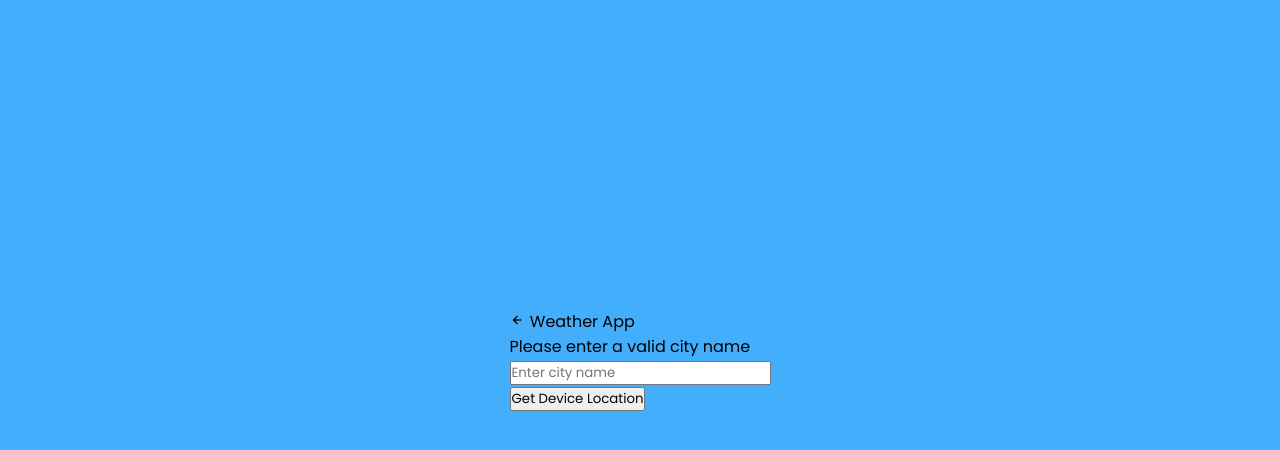
Repository: long13820/Weather-App-HTML-CSS-Javascript
Page: index.html
The author's editor kept a copy of each file at every save. The page is drawn from the files as they stood at one save, then again after a run of saves.
The browser window is 1280 px wide. The pictures show the whole page.

Above is the page before, as saved 2021-09-01 23:09:19.

### index.html
<!DOCTYPE html>
<html lang="en">
<head>
    <meta charset="UTF-8">
    <meta http-equiv="X-UA-Compatible" content="IE=edge">
    <meta name="viewport" content="width=device-width, initial-scale=1.0">
    <title>Weather App</title>
    <link rel="stylesheet" href="style.css">

    <!--Linking Boxicon For Icon-->
    <link rel="stylesheet" href='https://unpkg.com/boxicons@2.0.9/css/boxicons.min.css' >


</head>
<body>
    <div class="wrapper">
        <header>
            <i class="bx bx-left-arrow-alt"></i>
            Weather App
        </header>
        <section class="input-part">
            <p class="info-txt">Please enter a valid city name</p>
            <input type="text" placeholder="Enter city name" spellcheck="false">
            <div class="separator"></div>
            <button>Get Device Location</button>
        </section>
    </div>
</body>
</html>

### style.css
/*Import Google Font - Poppins*/
@import url('https://fonts.googleapis.com/css2?family=Poppins:wght@400;500;600;700&display=swap');
*{
    margin: 0;
    padding: 0;
    box-sizing: border-box;
    font-family: 'Poppins', sans-serif;
}
body{
    display: flex;
    align-items: center;
    justify-content: center;
    min-height: 100vh;
    background: #43AFFC;
}

After the next 5 saves:
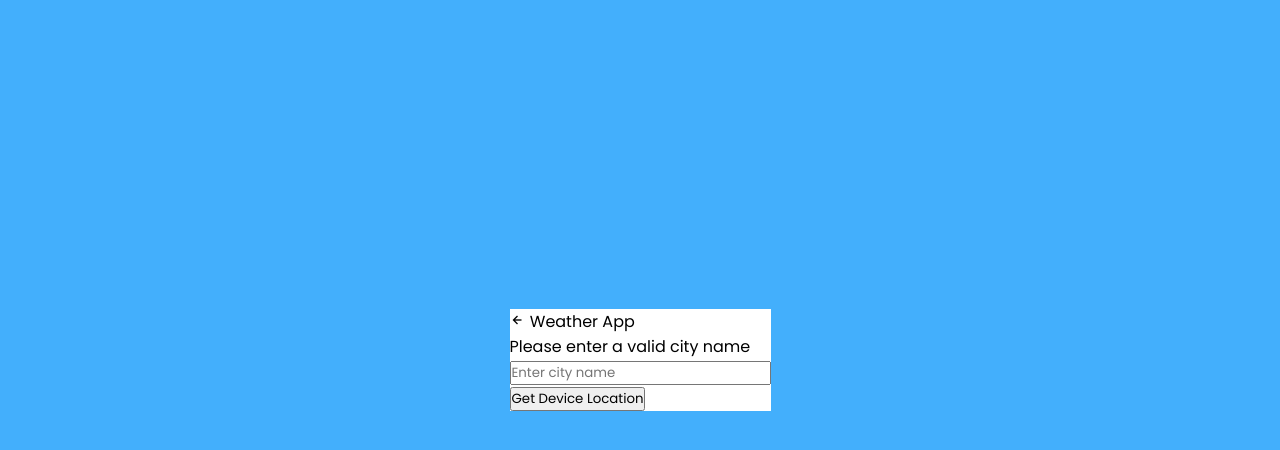
The 5 saves are shown as one change because they came seconds apart.
The last was saved 13 s later.
--- a/style.css
+++ b/style.css
@@ -13,3 +13,6 @@ body{
     min-height: 100vh;
     background: #43AFFC;
 }
+.wrapper{
+    background: white;
+}
